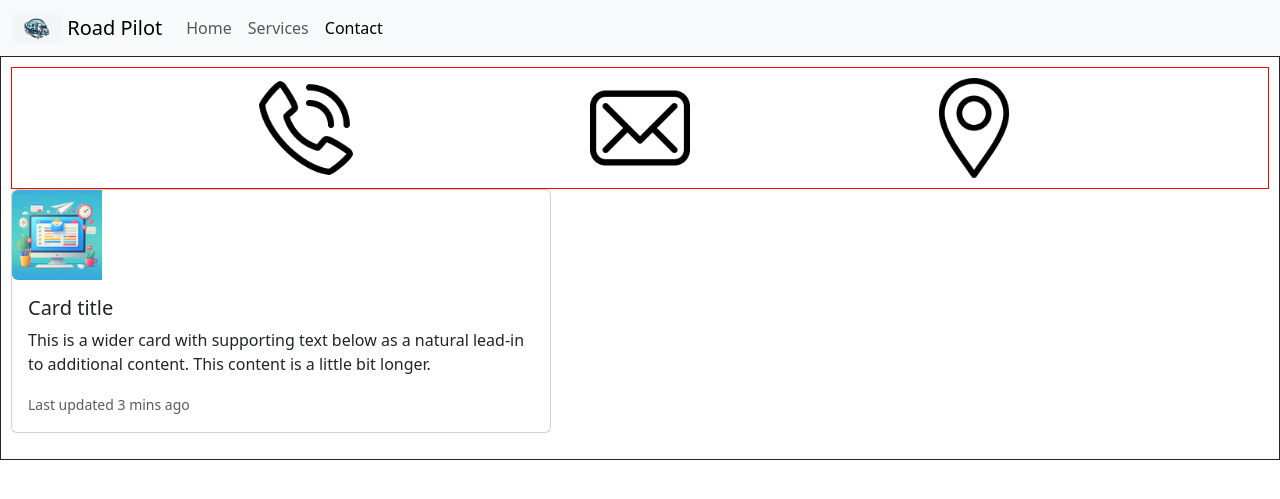
Repository: VictoriousMango/WebCreator
Page: pages/contact.html
These files come from the project's save history. The page is drawn as it stood at one moment and after the next save; the edit follows.
The browser window is 1280 px wide. The pictures show the whole page.

Above is the page before, as saved 2024-11-09 12:45:53.

After the next save:
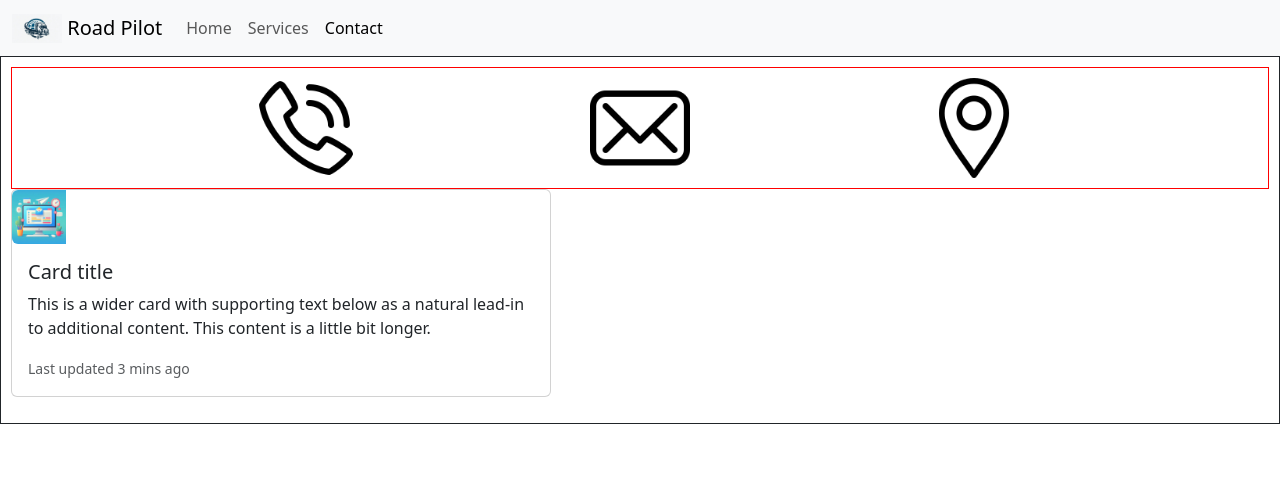
Saved 10 s later.
--- a/assets/css/contact.css
+++ b/assets/css/contact.css
@@ -15,5 +15,5 @@
 }
 
 .img-fluid{
-    max-width: 50%;
+    max-width: 30%;
 }
